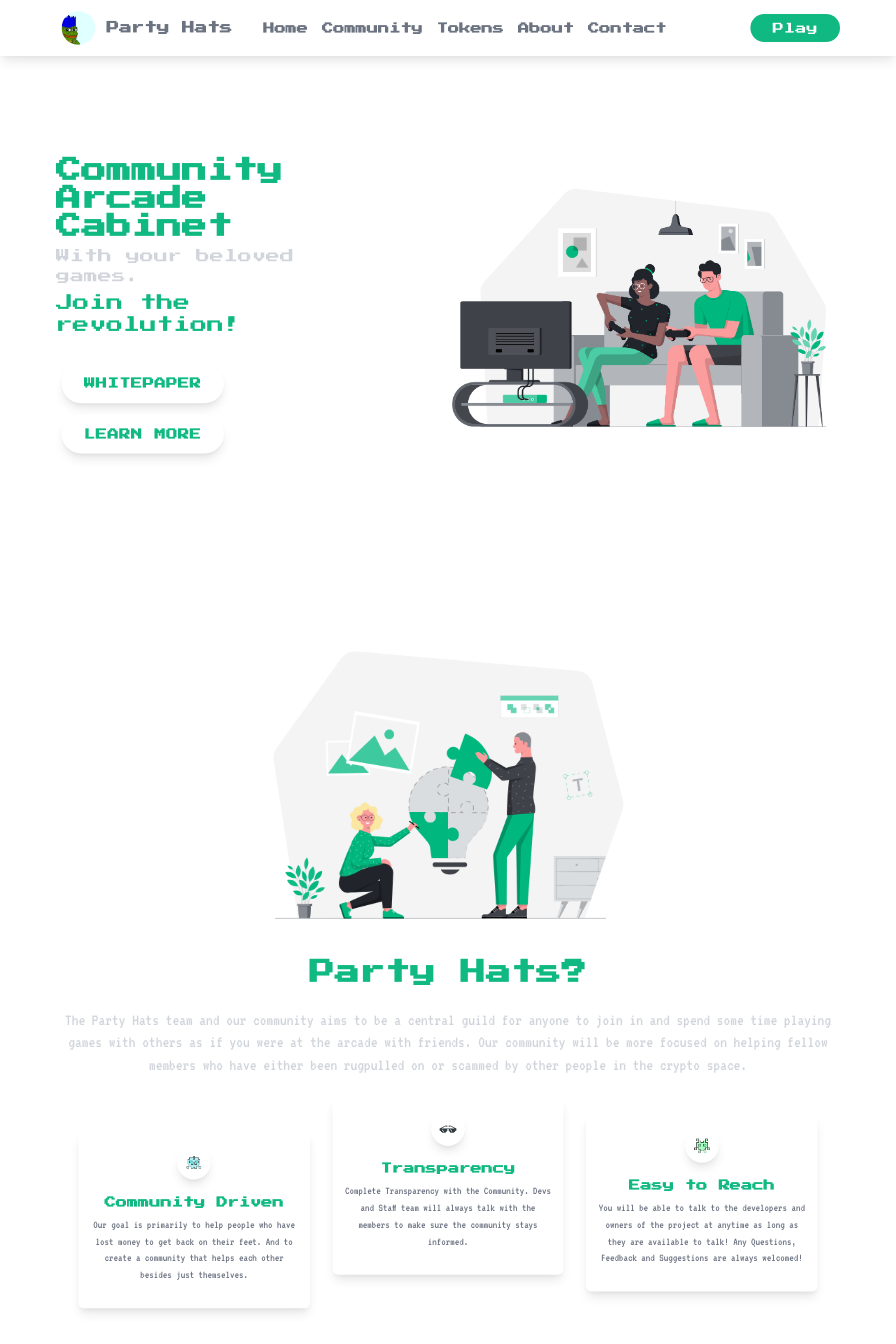
Repository: rhinorphan/phat-landing-page
Page: /
An editor plug-in stored every save of this project. The page is shown before and after the next save, followed by the edit.
The browser window is 1280 px wide. The pictures show the part of the page from y = 0 to 1920 px (the page is 4206 px tall), at 70% of full size.
The project was rebuilt for these pictures with package versions that can differ from the ones it lists, and the page was loaded fresh each time. Also part of the build but not shown: craco.config.js.

Above is the page before, as saved 2021-11-17 23:37:04.

### public/index.html
<!DOCTYPE html>
<html lang="en">
  <head>
    <meta charset="utf-8" />
    <link rel="icon" href="%PUBLIC_URL%/assets/images/server_icon.png" />
    <meta name="PHAT" content="width=device-width, initial-scale=1" />
    <meta name="theme-color" content="#000000" />
    <meta
      name="description"
      content="PHAT Landing Page"
    />
    <link rel="apple-touch-icon" href="%PUBLIC_URL%/assets/images/server_icon.png" />
    <!--
      manifest.json provides metadata used when your web app is installed on a
      user's mobile device or desktop. See https://developers.google.com/web/fundamentals/web-app-manifest/
    -->
    <link rel="manifest" href="%PUBLIC_URL%/manifest.json" />
    <!--
      Notice the use of %PUBLIC_URL% in the tags above.
      It will be replaced with the URL of the `public` folder during the build.
      Only files inside the `public` folder can be referenced from the HTML.

      Unlike "/favicon.ico" or "favicon.ico", "%PUBLIC_URL%/favicon.ico" will
      work correctly both with client-side routing and a non-root public URL.
      Learn how to configure a non-root public URL by running `npm run build`.
    -->
    <title>Party Hats</title>
  </head>
  <body>
    <noscript>You need to enable JavaScript to run this app.</noscript>
    <div id="root"></div>
    <!--
      This HTML file is a template.
      If you open it directly in the browser, you will see an empty page.

      You can add webfonts, meta tags, or analytics to this file.
      The build step will place the bundled scripts into the <body> tag.

      To begin the development, run `npm start` or `yarn start`.
      To create a production bundle, use `npm run build` or `yarn build`.
    -->
  </body>
</html>

### src/App.js
import logo from './logo.svg';
import './App.css';
import Header from './components/Header';
import Contact from './components/Contact';
import Landing from './components/Landing';
import Community from './components/Community';
import Tokens from './components/Tokens';
import About from './components/About';
import Footer from './components/Footer';

function App() {
  return (
    <div className="app">
        <Header />
        <div className="app__body">
          <Landing />
          <Community />
          <Tokens />
          <About />
          <Contact />
        </div>
        <Footer />
    </div>
  );
}

export default App;

### src/App.css
@import url('https://fonts.googleapis.com/css2?family=VT323&display=swap');
@import url('https://fonts.googleapis.com/css2?family=Press+Start+2P&family=VT323&display=swap');

.app {
  font-family: 'Press Start 2P', cursive;
}

.normalText {
  font-family: 'VT323', monospace;
}

.active {
  @apply py-4 px-2 text-green-500 border-b-4 border-green-500 font-semibold
}

.active2 {
  @apply block text-sm px-2 py-4 text-white bg-green-500 font-semibold
}

.nobull {
  list-style-type: none;
}

### src/components/Header.js
import React from 'react';
import { Link, animateScroll as scroll } from "react-scroll";

function Header() {

  const handleSubmit = (e) => {
    e.preventDefault();

		const menu = document.querySelector(".mobile-menu");

		menu.classList.toggle("hidden");
  }
  const scrollToTop = (e) => {
    scroll.scrollToTop();
  };

  return (
    <nav class="bg-white shadow-lg sticky top-0">
			<div class="max-w-6xl mx-auto px-4">
				<div class="flex justify-between">
					<div class="flex space-x-7">
						<div>
							<a href="" class="flex items-center py-4 px-2">
								<img src={`${process.env.PUBLIC_URL}/assets/images/server_icon.png`} alt="Logo" class="inline object-cover w-12 h-12 mr-4 rounded-full"/>
								<span onClick={scrollToTop}class="font-semibold text-gray-500 text-lg">Party Hats</span>
							</a>
						</div>
						<div class="hidden md:flex items-center space-x-1 nobull">
              <li><Link activeClass="active" className="py-4 px-2 text-gray-500 font-semibold hover:text-green-500 transition duration-300 cursor-pointer"
              to="landing" spy={true} smooth={true} duration={500}>Home</Link></li>
							<li><Link activeClass="active" className="py-4 px-2 text-gray-500 font-semibold hover:text-green-500 transition duration-300 cursor-pointer"
              to="community" spy={true} smooth={true} duration={500}>Community</Link></li>
              <li><Link activeClass="active" className="py-4 px-2 text-gray-500 font-semibold hover:text-green-500 transition duration-300 cursor-pointer"
              to="token" spy={true} smooth={true} duration={500}>Tokens</Link></li>
							<li><Link activeClass="active" className="py-4 px-2 text-gray-500 font-semibold hover:text-green-500 transition duration-300 cursor-pointer"
              to="about" spy={true} smooth={true} duration={500}>About</Link></li>
							<li><Link activeClass="active" className="py-4 px-2 text-gray-500 font-semibold hover:text-green-500 transition duration-300 cursor-pointer"
              to="contact" spy={true} smooth={true} duration={500}>Contact</Link></li>
						</div>
					</div>
					<div class="hidden md:flex items-center space-x-3 ">
						<a target="_blank" rel="noopener noreferrer" href="https://tetr.io/" class="py-2 px-8 font-medium text-white bg-green-500 hover:bg-green-400 transition duration-300 rounded-full">Play</a>
					</div>
					<div class="md:hidden flex items-center">
						<button class="outline-none mobile-menu-button" onClick={handleSubmit}>
						<svg class=" w-6 h-6 text-gray-500 hover:text-green-500 "
							x-show="!showMenu"
							fill="none"
							stroke-linecap="round"
							stroke-linejoin="round"
							stroke-width="2"
							viewBox="0 0 24 24"
							stroke="currentColor"
						>
							<path d="M4 6h16M4 12h16M4 18h16"></path>
						</svg>
					</button>
					</div>
				</div>
			</div>
			<div class="hidden mobile-menu">
				<ul class="">
					<li><Link activeClass="active2" className="block text-sm px-2 py-4 hover:bg-green-500 transition duration-300 hover:text-white cursor-pointer"
              to="landing" spy={true} smooth={true} duration={500}>Home</Link></li>
					<li><Link activeClass="active2" className="block text-sm px-2 py-4 hover:bg-green-500 transition duration-300 hover:text-white cursor-pointer"
              to="community" spy={true} smooth={true} duration={500}>Community</Link></li>
          <li><Link activeClass="active2" className="block text-sm px-2 py-4 hover:bg-green-500 transition duration-300 hover:text-white cursor-pointer"
              to="token" spy={true} smooth={true} duration={500}>Tokens</Link></li>
					<li><Link activeClass="active2" className="block text-sm px-2 py-4 hover:bg-green-500 transition duration-300 hover:text-white cursor-pointer"
              to="about" spy={true} smooth={true} duration={500}>About</Link></li>
					<li><Link activeClass="active2" className="block text-sm px-2 py-4 hover:bg-green-500 transition duration-300 hover:text-white cursor-pointer"
              to="contact" spy={true} smooth={true} duration={500}>Contact</Link></li>
				</ul>
			</div>
		</nav>
  )
}

export default Header

### src/components/Contact.js
import React from 'react'
import { Link, animateScroll as scroll } from "react-scroll";

function Contact() {

  return (
    <section
      className="text-gray-700 body-font h-100" name="contact">
        <div className="container px-5 py-24 mx-auto">
          <div className="flex flex-col text-center w-full mb-12">
            <h1 className="flex text-4xl  font-bold mb-8 text-green-500 justify-center">
              Contact Us
            </h1>
            <p className="lg:w-2/3 mx-auto leading-relaxed text-base normalText text-2xl">
            Neque porro quisquam est qui dolorem ipsum quia dolor sit amet, consectetur, adipisci velit.
            </p>
          </div>
          <div className="lg:w-1/2 md:w-2/3 mx-auto">
            <div className="flex flex-wrap -m-2">
              <div className="p-2 w-1/2">
                <div className="">
                  <label for="name" className="leading-7 text-sm text-gray-600">
                    Name
                  </label>
                  <input
                    type="text"
                    id="name"
                    name="name"
                    className="w-full bg-gray-100 rounded border border-gray-300 focus:border-green-500 text-base outline-none text-gray-700 py-1 px-3 leading-8 transition-colors duration-200 ease-in-out normalText"
                  />
                </div>
              </div>
              <div className="p-2 w-1/2">
                <div className="">
                  <label
                    for="email"
                    className="leading-7 text-sm text-gray-600"
                  >
                    Email
                  </label>
                  <input
                    type="email"
                    id="email"
                    name="email"
                    className="w-full bg-gray-100 rounded border border-gray-300 focus:border-green-500 text-base outline-none text-gray-700 py-1 px-3 leading-8 transition-colors duration-200 ease-in-out normalText"
                  />
                </div>
              </div>
              <div className="p-2 w-full">
                <div className="">
                  <label
                    for="message"
                    className="leading-7 text-sm text-gray-600"
                  >
                    Message
                  </label>
                  <textarea
                    id="message"
                    name="message"
                    className="w-full bg-gray-100 rounded border border-gray-300 focus:border-green-500 h-32 text-base outline-none text-gray-700 py-1 px-3 resize-none leading-6 transition-colors duration-200 ease-in-out normalText"
                  ></textarea>
                </div>
              </div>
              <div className="p-2 w-full">
                <button className="flex mx-auto py-2 px-8 font-medium text-white bg-green-500 rounded hover:bg-green-400 transition duration-300">
                  Send
                </button>
              </div>
            </div>
          </div>
        </div>
      </section>
  )
}

export default Contact

### src/components/Landing.js
import React from 'react'
import { Link, animateScroll as scroll } from "react-scroll";

function Landing() {
  return (
    <section className="grid text-center md:flex md:text-left items-center justify-center h-screen py-10 px-4" name="landing">
      <div class="mx-16">
        <h2 class="text-4xl  font-bold mb-2 text-green-500">
          Community Arcade Cabinet
        </h2>
        <h3 class="text-xl mb-2 text-gray-300">
        With your beloved games.
        </h3>
        <h3 class="text-2xl mb-8 text-green-500">
        Join the revolution!
        </h3>

        <button class="m-2 bg-white font-bold rounded-full py-4 px-8 shadow-lg uppercase tracking-wider text-green-500 hover:bg-green-400 transition duration-300 hover:text-white">
          <a target="_blank" rel="noopener noreferrer" href="https://lionell-moore.gitbook.io/crypto-party-hats/introductions/what-is-party-hats">Whitepaper</a>
        </button>
        <button class="m-2 bg-white font-bold rounded-full py-4 px-8 shadow-lg uppercase tracking-wider text-green-500 hover:bg-green-400 transition duration-300 hover:text-white">
          <a target="_blank" rel="noopener noreferrer" href="#"><Link activeClass="active"
              to="community" spy={true} smooth={true} duration={500}>Learn More</Link></a>
        </button>
      </div>
      <div className="w-full">
        <img src={`${process.env.PUBLIC_URL}/assets/images/landing.png`} alt="" className="h-full w-full"/>
      </div>
    </section>
  )
}

export default Landing

### src/components/Community.js
import React from 'react'

function Community() {
  return (
    <section className="grid md:grid place-items-center h-100 py-10 px-4" name="community">
      <div className="w-min-50">
        <img src={`${process.env.PUBLIC_URL}/assets/images/collab.png`} alt=""/>
      </div>
      <div class="mx-16 w-50">
        <h2 class="text-4xl  font-bold mb-8 text-green-500 text-center">
        Party Hats?
        </h2>
        <h3 class="flex text-2xl mb-2 text-gray-300 text-center normalText">
        The Party Hats team and our community aims to be a central guild for anyone to join in and spend some time playing games with others as if you were at the arcade with friends. Our community will be more focused on helping fellow members who have either been rugpulled on or scammed by other people in the crypto space.
        </h3>
        <section class="pb-10 bg-blueGray-200 mt-8">
        <div class="container mx-auto px-4">
          <div class="flex flex-wrap">
            <div class="lg:pt-12 pt-6 w-full md:w-4/12 px-4 text-center">
              <div class="flex flex-col min-w-0 break-words bg-white w-full mb-8 shadow-lg rounded-lg">
                <div class="px-4 py-5 flex-auto">
                  <div class="text-white p-3 text-center inline-flex items-center justify-center w-12 h-12 mb-5 shadow-lg rounded-full">
                  <img src={`${process.env.PUBLIC_URL}/assets/images/alien2.png`}class=""/>
                  </div>
                  <h6 class="text-l font-semibold text-green-500">Community Driven</h6>
                  <p class="mt-2 mb-4 text-gray-500 normalText">
                  Our goal is primarily to help people who have lost money to get back on their feet. And to create a community that helps each other besides just themselves.
                  </p>
                </div>
              </div>
            </div>
            <div class="w-full md:w-4/12 px-4 text-center">
              <div class="flex flex-col min-w-0 break-words bg-white w-full mb-8 shadow-lg rounded-lg">
                <div class="px-4 py-5 flex-auto">
                  <div class="text-white p-3 text-center inline-flex items-center justify-center w-12 h-12 mb-5 shadow-lg rounded-full bg-lightBlue-400">
                  <img src={`${process.env.PUBLIC_URL}/assets/images/geek.png`}class=""/>
                  </div>
                  <h6 class="text-l font-semibold text-green-500">Transparency</h6>
                  <p class="mt-2 mb-4 text-gray-500 normalText">
                  Complete Transparency with the Community.
                  Devs and Staff team will always talk with the members to make sure the community stays informed.
                  </p>
                </div>
              </div>
            </div>
            <div class="pt-6 w-full md:w-4/12 px-4 text-center">
              <div class="flex flex-col min-w-0 break-words bg-white w-full mb-8 shadow-lg rounded-lg">
                <div class="px-4 py-5 flex-auto">
                  <div class="text-white p-3 text-center inline-flex items-center justify-center w-12 h-12 mb-5 shadow-lg rounded-full bg-emerald-400">
                  <img src={`${process.env.PUBLIC_URL}/assets/images/alien1.png`}class=""/>
                  </div>
                  <h6 class="text-l font-semibold text-green-500">Easy to Reach</h6>
                  <p class="mt-2 mb-4 text-gray-500 normalText">
                  You will be able to talk to the developers and owners of the project at anytime as long as they are available to talk! Any Questions, Feedback and Suggestions are always welcomed!
                  </p>
                </div>
              </div>
            </div>
          </div>
        </div>
        </section>
      </div>
    </section>
  )
}

export default Community

### src/components/Tokens.js
import React from 'react'

function Tokens() {
  return (
    <section name="token" className="h-screen container px-5 py-24 mx-auto flex justify-center">
      <p className="text-4xl  font-bold mb-8 text-green-500 text-center ">Tokens</p>
    </section>
  )
}

export default Tokens

### src/components/About.js
import React from 'react'

// shadow-lg border border-gray-200 rounded-full overflow-hidden - picture TEAM div className

function About() {
  return (
    <section name="about" className="h-100 container px-5 py-24 mx-auto flex-col">
      <div>
        <p className="text-4xl  font-bold mb-8 text-green-500 text-center">Meet the Team</p>
      </div>
      <div class="flex flex-col sm:flex-row gap-4">

			<div class="flex flex-col items-center justify-center bg-white p-4 shadow rounded-lg">
				<div class="inline-flex h-40 w-40">
					<img src={`${process.env.PUBLIC_URL}/assets/images/team1.png`}
						 alt=""
						 class="h-full w-full"/>
				</div>

				<h2 class="mt-4 font-bold text-l">John Smith</h2>
				<h6 class="mt-2 text-md font-medium text-green-500 normalText">Founder</h6>

				<p class="text-sm text-gray-500 text-center mt-3 normalText">
					Lorem ipsum dolor sit amet, consectetur adipisicing elit. Ab enim molestiae nulla.
				</p>

				<ul class="flex flex-row mt-4 space-x-2">
					<li>
						<a href="" class="flex items-center justify-center h-8 w-8">
							<img src={`${process.env.PUBLIC_URL}/assets/images/fb.png`}class=""/>
						</a>
					</li>
					<li>
          <a href="" class="flex items-center justify-center h-8 w-8">
							<img src={`${process.env.PUBLIC_URL}/assets/images/twitter.png`}class=""/>
						</a>
					</li>
					<li>
          <a href="" class="flex items-center justify-center h-8 w-8">
							<img src={`${process.env.PUBLIC_URL}/assets/images/linkedin.png`}class=""/>
						</a>
					</li>
				</ul>
			</div>

			<div class="flex flex-col items-center justify-center bg-white p-4 shadow rounded-lg">
				<div class="inline-flex h-40 w-40">
					<img src={`${process.env.PUBLIC_URL}/assets/images/team2.png`}
						 alt=""
						 class="h-full w-full"/>
				</div>

				<h2 class="mt-4 font-bold text-l">Anna Bennett</h2>
				<h6 class="mt-2 text-md font-medium text-green-500 normalText">CFO</h6>

				<p class="text-sm text-gray-500 text-center mt-3 normalText">
					Lorem ipsum dolor sit amet, consectetur adipisicing elit. Ab enim molestiae nulla.
				</p>

				<ul class="flex flex-row mt-4 space-x-2">
					<li>
						<a href="" class="flex items-center justify-center h-8 w-8">
							<img src={`${process.env.PUBLIC_URL}/assets/images/fb.png`}class=""/>
						</a>
					</li>
					<li>
          <a href="" class="flex items-center justify-center h-8 w-8">
							<img src={`${process.env.PUBLIC_URL}/assets/images/twitter.png`}class=""/>
						</a>
					</li>
					<li>
          <a href="" class="flex items-center justify-center h-8 w-8">
							<img src={`${process.env.PUBLIC_URL}/assets/images/linkedin.png`}class=""/>
						</a>
					</li>
				</ul>
			</div>

			<div class="flex flex-col items-center justify-center bg-white p-4 shadow rounded-lg">
				<div class="inline-flex h-40 w-40">
					<img src={`${process.env.PUBLIC_URL}/assets/images/team3.png`}
						 alt=""
						 class="h-full w-full"/>
				</div>

				<h2 class="mt-4 font-bold text-l">Mary Taylor</h2>
				<h6 class="mt-2 text-md font-medium text-green-500 normalText">Marketing</h6>

				<p class="text-sm text-gray-500 text-center mt-3 normalText">
					Lorem ipsum dolor sit amet, consectetur adipisicing elit. Ab enim molestiae nulla.
				</p>

				<ul class="flex flex-row mt-4 space-x-2">
					<li>
						<a href="" class="flex items-center justify-center h-8 w-8">
							<img src={`${process.env.PUBLIC_URL}/assets/images/fb.png`}class=""/>
						</a>
					</li>
					<li>
          <a href="" class="flex items-center justify-center h-8 w-8">
							<img src={`${process.env.PUBLIC_URL}/assets/images/twitter.png`}class=""/>
						</a>
					</li>
					<li>
          <a href="" class="flex items-center justify-center h-8 w-8">
							<img src={`${process.env.PUBLIC_URL}/assets/images/linkedin.png`}class=""/>
						</a>
					</li>
				</ul>
			</div>

		</div>

    </section>
  )
}

export default About

### src/components/Footer.js
import React from 'react'

function Footer() {
  return (
    <div className="p-2 w-full pt-8 mt-8 border-t border-gray-200 text-center">
      <a className="text-green-500">example@email.com</a>
      <p className="text-xs my-5 text-gray-400">
      Copyright © CryptoPartyHats 2021
      </p>
      <div className="flex flex-row justify-center">
        <img src={`${process.env.PUBLIC_URL}/assets/images/tg.png`} alt="" className="h-8 w-8 mx-2 cursor-pointer"/>
        <img src={`${process.env.PUBLIC_URL}/assets/images/reddit.png`} alt="" className="h-8 w-8 mx-2 cursor-pointer"/>
        <img src={`${process.env.PUBLIC_URL}/assets/images/twitter.png`} alt="" className="h-8 w-8 mx-2 cursor-pointer"/>
        <img src={`${process.env.PUBLIC_URL}/assets/images/discord.png`} alt="" className="h-8 w-8 mx-2 cursor-pointer"/>
      </div>
    </div>
  )
}

export default Footer

Loaded but not shown: src/index.js (common file); src/index.css (common file); src/reportWebVitals.js (common file); tailwind.config.js (common file)

After the next save:
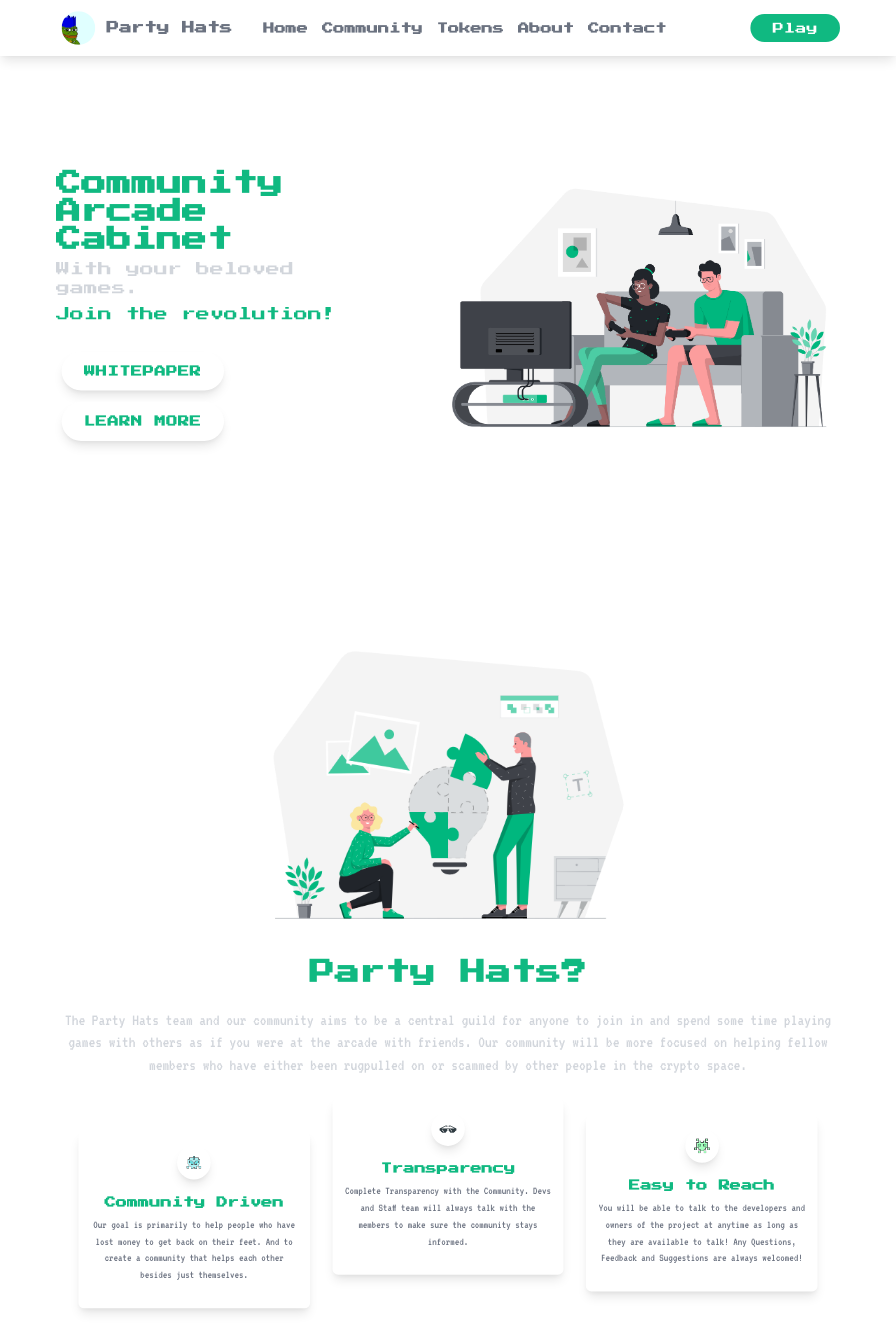
Saved 7 s later.
--- a/src/components/Landing.js
+++ b/src/components/Landing.js
@@ -11,7 +11,7 @@ function Landing() {
         <h3 class="text-xl mb-2 text-gray-300">
         With your beloved games.
         </h3>
-        <h3 class="text-2xl mb-8 text-green-500">
+        <h3 class="text-xl mb-8 text-green-500">
         Join the revolution!
         </h3>
 
